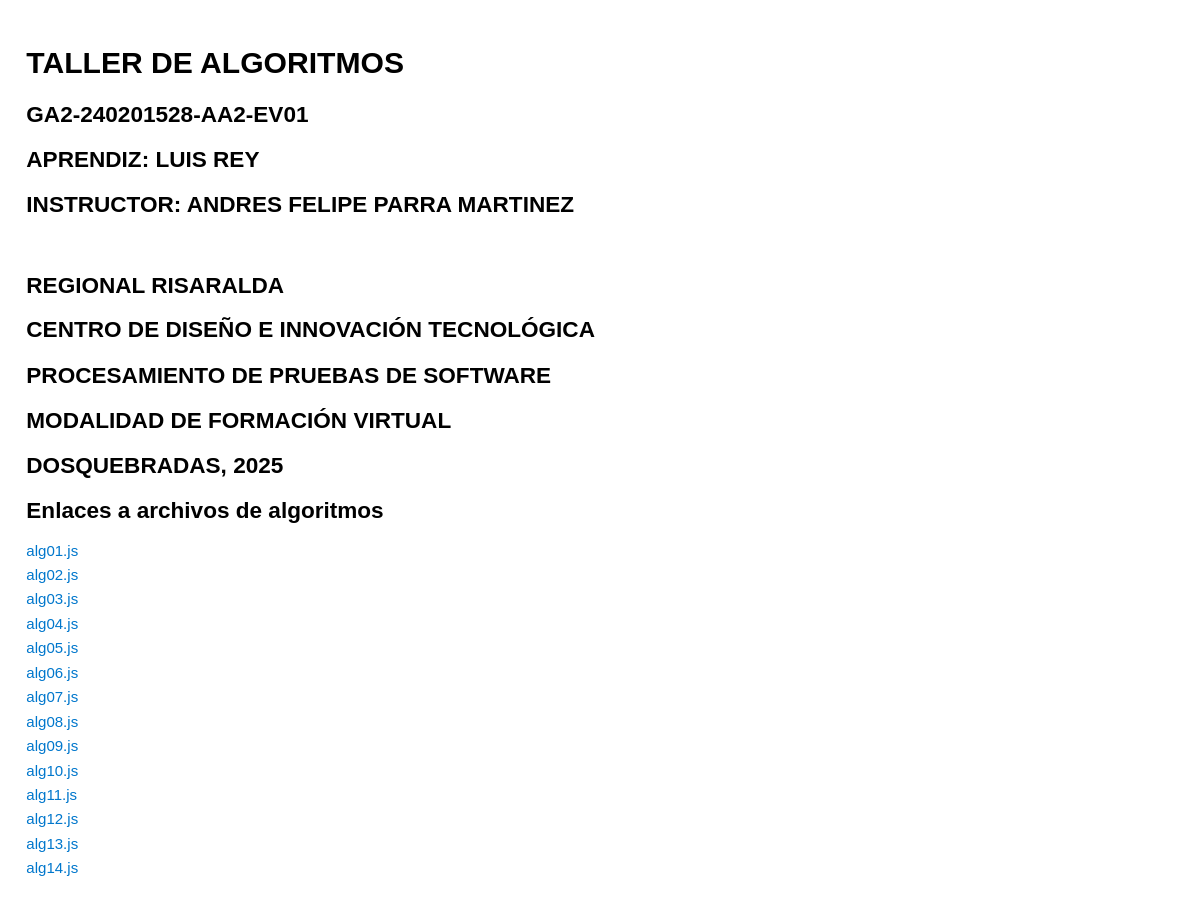
Repository: rlhardrock/SENATallerAlgoritmos01
Page: algoritmo.html
These files come from the project's save history. The page is drawn as it stood at one moment and after a run of saves; the edit follows.
The browser window is 1280 px wide. The pictures show the whole page, at 94% of full size.

Above is the page before, as saved 2025-04-23 16:23:24.

After the next 3 saves:
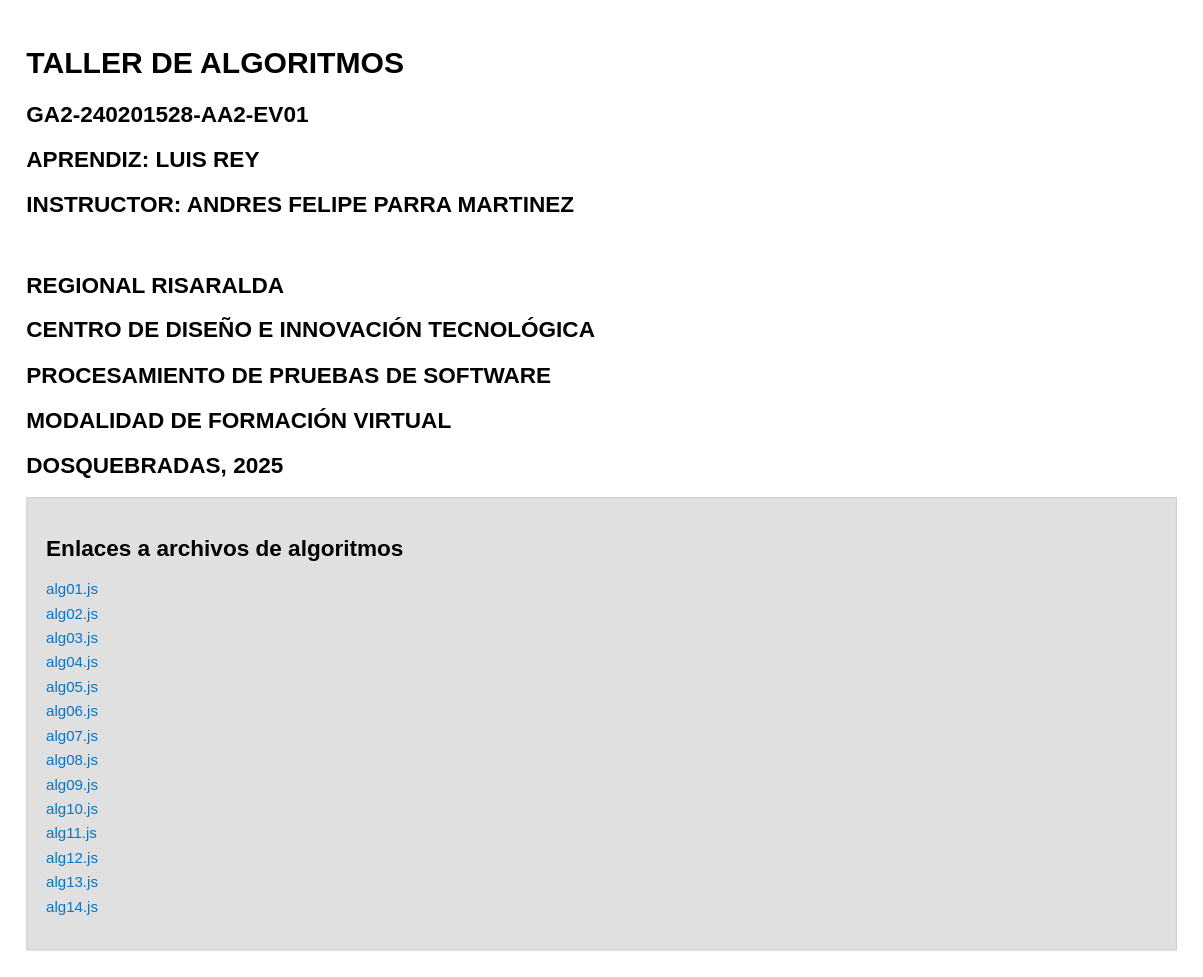
The 3 saves are shown as one change because they came seconds apart.
The last was saved 16 s later.
--- a/algoritmo.html
+++ b/algoritmo.html
@@ -49,7 +49,7 @@
             <h2>DOSQUEBRADAS, 2025</h2>
         </div>
 
-        <div class>
+        <div class="caja">
             <h2>Enlaces a archivos de algoritmos</h2>
             <ul>
                 <li><a href="alg01.js">alg01.js</a></li>
